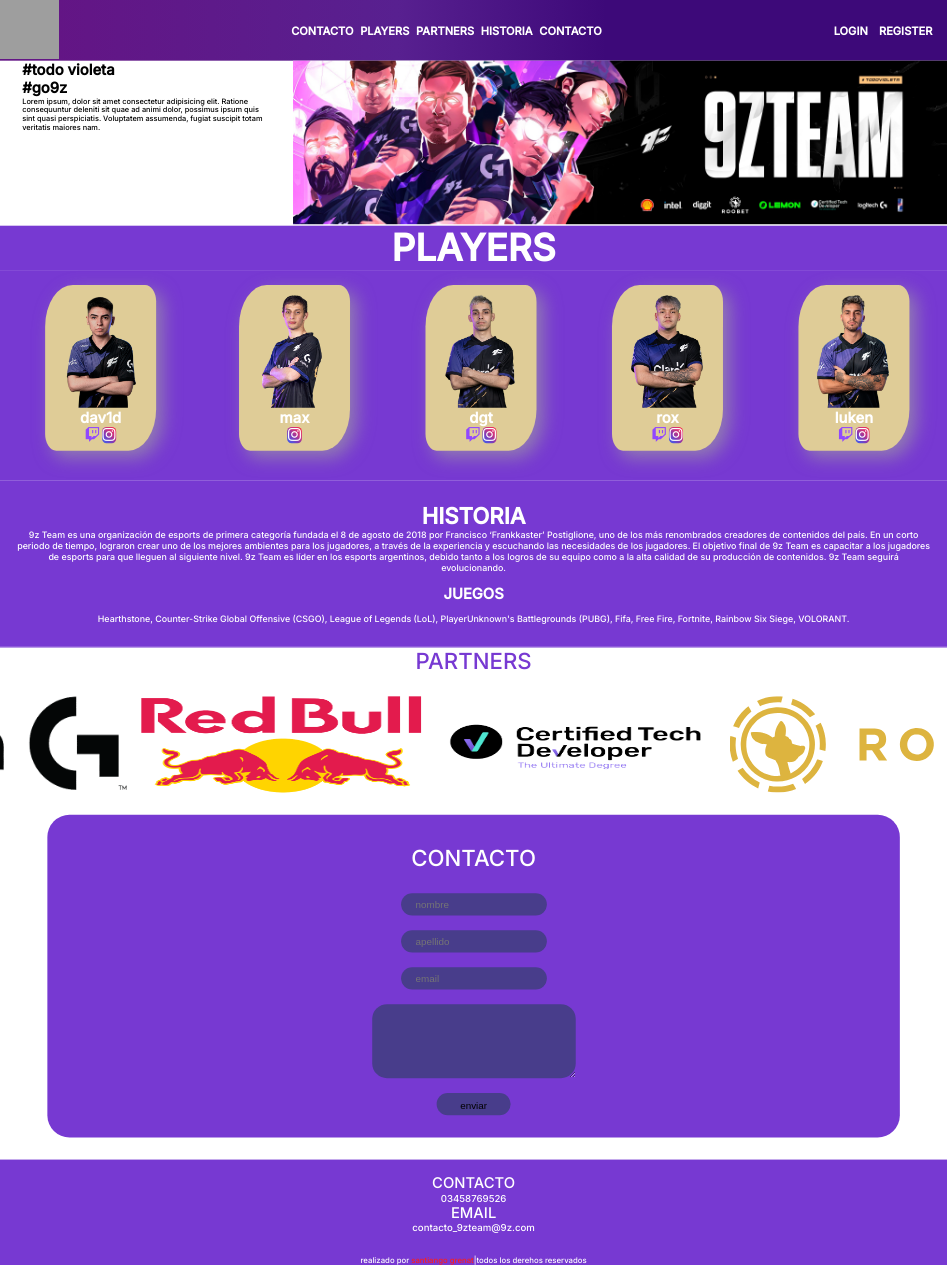
Repository: santig20/trabajo-practico-integrador-nuncba-html-css-
Page: index.html
The author's editor kept a copy of each file at every save. The page is drawn from the files as they stood at one save, then again after the next save.
The browser window is 1280 px wide. The pictures show the whole page, at 74% of full size.
Pictures or frames that could not be fetched are drawn as grey boxes. Some web libraries are served in a nearby version.

Above is the page before, as saved 2022-06-25 09:38:04.

After the next save:
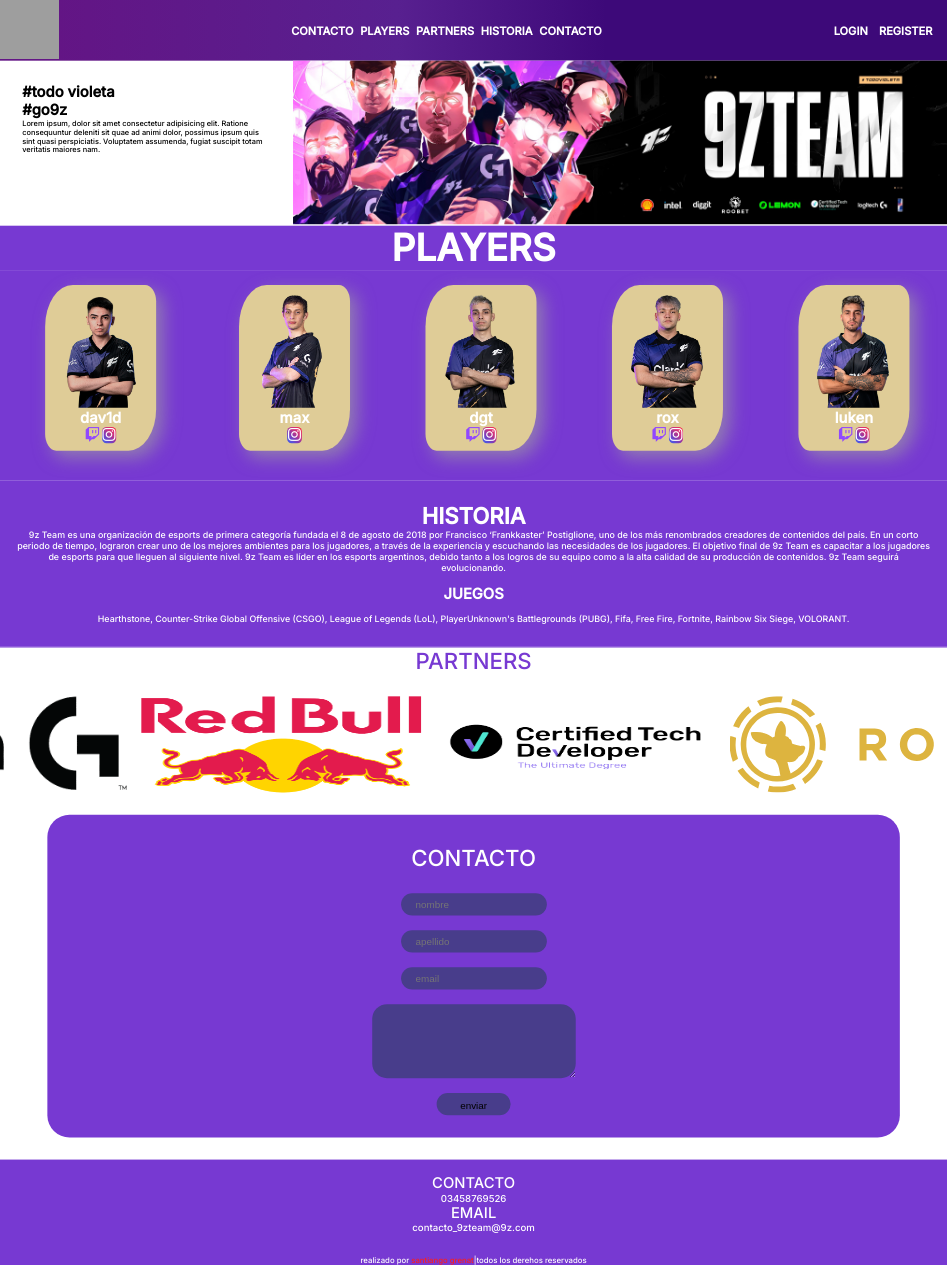
Saved 10 s later.
--- a/desktop.css
+++ b/desktop.css
@@ -18,8 +18,8 @@
     .texto_hero {
         display: flex;
         flex-direction: column;
-        padding:  0 3rem;
-        margin-bottom: 3rem;
+        padding:   3rem;
+
     }
     .texto_hero h1{
         font-size: 2rem
